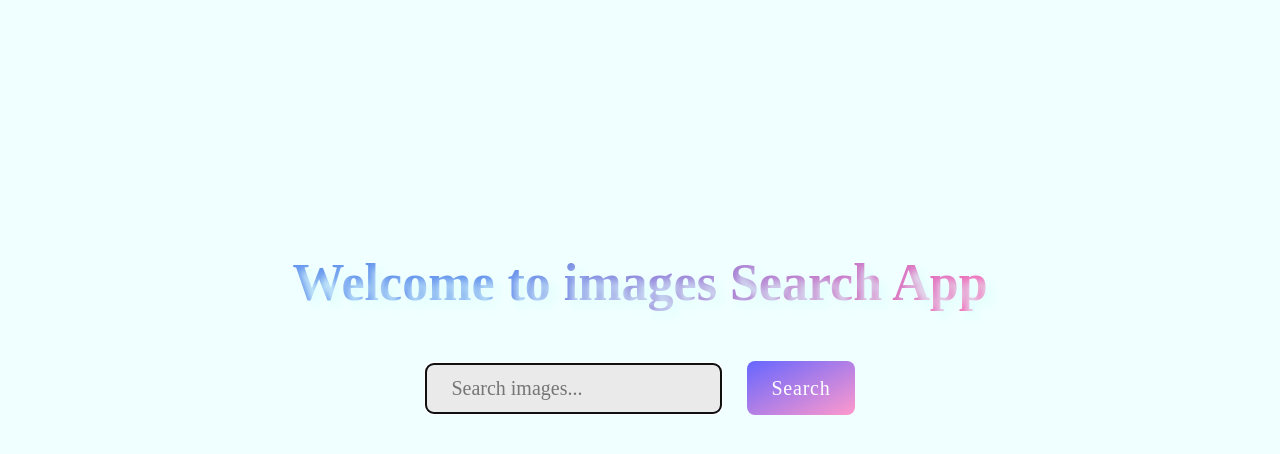
Repository: PoppyHanna/goit-neo-react-hw-module4
Page: /
These files come from the project's save history. The page is drawn as it stood at one moment and after the next save; the edit follows.
The browser window is 1280 px wide. The pictures show the whole page.
The project was rebuilt for these pictures with package versions that can differ from the ones it lists, and the page was loaded fresh each time. Also part of the build but not shown: vite.config.js, src/components/loader/Loader.jsx, src/components/card/ImageCard.module.css, src/components/card/ImageCard.jsx, src/components/modal/ImageModal.module.css, src/components/load/LoadMoreBtn.module.css, src/components/load/LoadMoreBtn.jsx.

Above is the page before, as saved 2026-06-21 17:14:41.

### index.html
<!doctype html>
<html lang="en">
  <head>
    <meta charset="UTF-8" />
    <link rel="icon" type="image/svg+xml" href="/favicon.svg" />
    <meta name="viewport" content="width=device-width, initial-scale=1.0" />
    <title>goit-neo-react-hw-module4</title>
  </head>
  <body>
    <div id="root"></div>
    <script type="module" src="/src/main.jsx"></script>
  </body>
</html>

### src/App.jsx
import { useState, useEffect } from 'react';
import axios from 'axios';
import SearchBar from './components/search/SearchBar';
import Loader from './components/loader/Loader';
import ImageCard from './components/card/ImageCard';
import ImageModal from './components/modal/ImageModal';
import LoadMoreBtn from './components/load/LoadMoreBtn';
import Modal from 'react-modal';
import './App.css';

Modal.setAppElement('#root');

const API_KEY = 'lBe-mUB60Xxla_EdiZjir6wfr6grDw0FERa4_66iNwI';

export default function App() {
  const [images, setImages] = useState([]);
  const [loading, setLoading] = useState(false);
  const [error, setError] = useState('');
  const [page, setPage] = useState(1);
  const [query, setQuery] = useState('');
  const [selectedImage, setSelectedImage] = useState(null);
  const [showBtn, setShowBtn] = useState(false);

  useEffect(() => {
    if (!query) return;

    const fetchImages = async () => {
      setLoading(true);
      try {
        const response = await axios.get(
          `https://api.unsplash.com/search/photos/?client_id=${API_KEY}&query=${query}&page=${page}`
        );
        const { results, total_pages } = response.data;

         setImages(prev => [...prev, ...results]);

         setShowBtn(page < total_pages);
        // setImages((prevImages) => [...prevImages, ...results]);
        // setShowBtn(total_pages && total_pages !== page);
      } catch {
        setError('Error fetching images. Please try again later.');
      } finally {
        setLoading(false);
      }
    };

    fetchImages();
  }, [query, page]);

  const handleLoadMore = () => {
    // setPage((prevPage) => prevPage + 1);
    setPage(prev => prev + 1);
  };

  const handleSubmit = (query) => {
    setQuery(query);
    setPage(1);
    setImages([]);
    setLoading(true);
  };

  const handleImageClick = (image) => {
    setSelectedImage(image);
  };

  const handleCloseModal = () => {
    setSelectedImage(null);
  };

  return (
    <>
      <h1 className='title'>Welcome to images Search App</h1>
      <SearchBar onSubmit={handleSubmit} />
      <ul className='list'>
        {images.map((image) => (
          <li key={image.id} onClick={() => handleImageClick(image)} className='pic'>
            <ImageCard imageUrl={image.urls.small} altText={image.alt_description} />
          </li>
        ))}
      </ul>
      {loading && <Loader />}
      {showBtn && <LoadMoreBtn onClick={handleLoadMore} />}
      <ImageModal isOpen={selectedImage !== null} image={selectedImage} onClose={handleCloseModal} />
      {error && <p className="error-message">{error}</p>}
    </>
  );
}

### src/components/search/SearchBar.jsx
import styles from './SearchBar.module.css'
import { useState } from 'react';
import { toast } from 'react-hot-toast';

const SearchBar = ({ onSubmit }) => {
    const [query, setQuery] = useState('');

    const handleSubmit = (e) => {
        e.preventDefault();
        if (query.trim() === '') {
            toast.error("Please enter text to search images!");
            return;
        }
        onSubmit(query.trim());
        setQuery('');
    };

    return (
        <header className={styles.header}>
            <form onSubmit={handleSubmit} >
                <input
                    id='search-input'
                    name='query'
                    type="text"
                    autoComplete="off"
                    autoFocus
                    placeholder="Search images..."
                    value={query}
                    onChange={(e) => setQuery(e.target.value)}
                    className={styles.input}
                />
                <button type="submit" className={styles.button}>Search</button>
            </form>
        </header>
    );
};

export default SearchBar;

### src/components/modal/ImageModal.jsx
import Modal from 'react-modal';
import styles from './ImageModal.module.css'

const ImageModal = ({ isOpen, image, onClose }) => {
//  const handleCloseModal = (e) => {
//     if (e.target === e.currentTarget) {
//       onClose();
//     }
  //   };
  Modal.setAppElement('#root');

  return (
    <Modal
      isOpen={isOpen}
      onRequestClose={onClose}
      contentLabel="Image Modal"
      // ariaHideApp={false}
      ariaHideApp={true}
      className={styles.modal}
      overlayClassName={styles.modalOverlay}
      // onClick={handleCloseModal}
    >
      {image && (
        <>
          <div className={styles.cont}>
            <img src={image.urls.full} alt={image.alt_description} className={`${styles.cont} ${styles.img} `} />

            <div className={styles.info}>
              <p className={styles.clause}><span className={styles.text}>Author:</span>  {image.user.name}</p>
              <p className={styles.clause}><span className={styles.text}>Likes:</span>  {image.likes}</p>
              <p className={styles.clause}><span className={styles.text}>Description:</span> {image.description || 'No description available'}</p>
            </div>
          </div>
          </>
      )}
    </Modal>
  );
};

export default ImageModal;

### src/App.css
#root {
  max-width: 1280px;
  margin: 0 auto;
  padding: 2rem;
  text-align: center;
}
body {
  font-family: "Brush Script MT", cursive;
  font-size: 20px;
  color: #4700b3;
  background-color: azure;
}
ul {
  list-style: none;
}
button {
  cursor: pointer;
}

.title {
  display: flex;
  padding: 15px;
  font-size: 52px;
  text-shadow: 6px 6px 8px #e0fffd;
  background-image: linear-gradient(120deg, #6495ed 30%, #ff69b4);
  -webkit-text-fill-color: transparent;
  -webkit-background-clip: text;
  background-clip: text;
  justify-content: center;
}

.list {
  display: flex;
  justify-content: center;
  gap: 24px;
  row-gap: 24px;
  padding: 0;
  flex-wrap: wrap;
  margin: 50px;
}

.pic {
  width: 360px;
  height: 220px;
}

### src/components/search/SearchBar.module.css
.header {
  display: flex;
  justify-content: center;
  align-items: center;

  margin: auto;
}

.input {
  margin-right: 25px;
  padding: 12px 24px;
  font-family: "Brush Script MT", cursive;
  font-size: 20px;
  background-color: rgb(234, 234, 234);
  color: black;
  border: 2px solid #000;
  border-radius: 8px;
}

.input:hover {
  border: 2px solid #306ad5;
}
.input:focus {
  border: 2px solid #306ad5;
}

.button {
  font-weight: 500;
  font-size: 20px;
  line-height: 1.5;
  letter-spacing: 0.04em;
  color: #fff;
  border-radius: 8px;
  padding: 12px 24px;

  background: linear-gradient(to bottom right, #6666ff 0%, #ff99cc 100%);
  border: none;
}
.button:hover,
.button:focus {
  background: linear-gradient(to top left, #6666ff 0%, #ff00ff 100%);
}

Loaded but not shown: src/main.jsx (common file); src/index.css (common file)

After the next save:
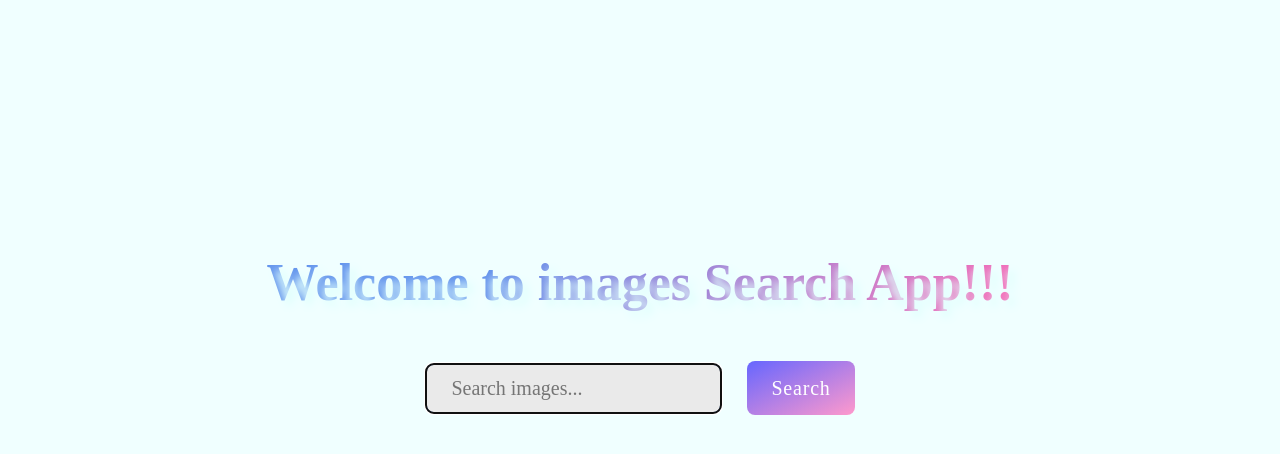
Saved 51 s later.
--- a/src/App.jsx
+++ b/src/App.jsx
@@ -56,7 +56,8 @@ export default function App() {
     setQuery(query);
     setPage(1);
     setImages([]);
-    setLoading(true);
+    setError('');
+    // setLoading(true);
   };
 
   const handleImageClick = (image) => {
@@ -69,7 +70,7 @@ export default function App() {
 
   return (
     <>
-      <h1 className='title'>Welcome to images Search App</h1>
+      <h1 className='title'>Welcome to images Search App!!!</h1>
       <SearchBar onSubmit={handleSubmit} />
       <ul className='list'>
         {images.map((image) => (
